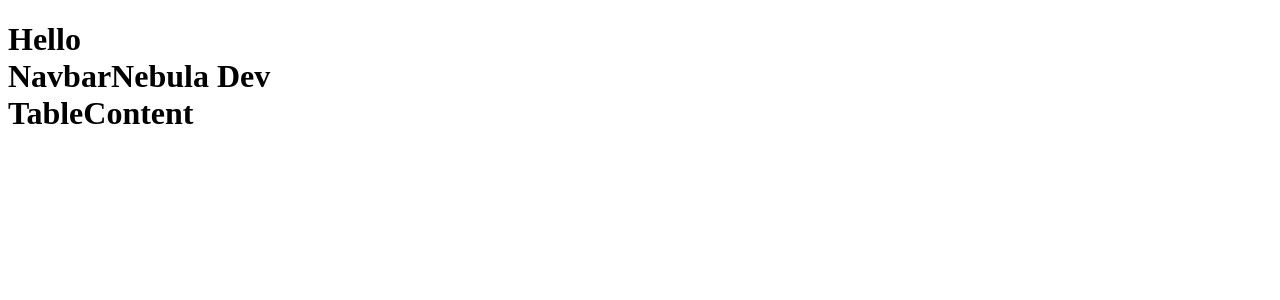
Repository: supakorn5039-boon/React-s
Page: /
The author's editor kept a copy of each file at every save. The page is drawn from the files as they stood at one save, then again after a run of saves.
The browser window is 1280 px wide. The pictures show the whole page.
The project was rebuilt for these pictures with package versions that can differ from the ones it lists, and the page was loaded fresh each time. Also part of the build but not shown: vite.config.js.

Above is the page before, as saved 2024-01-08 23:43:04.

After the next 2 saves:
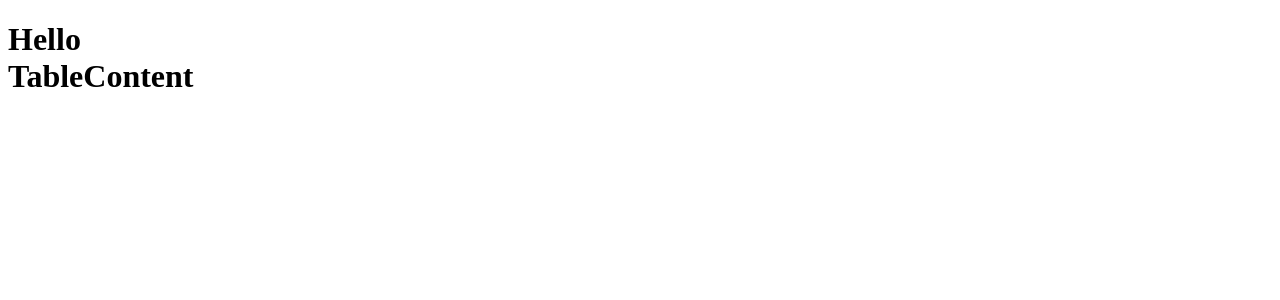
The 2 saves are shown as one change because they came seconds apart.
The last was saved 32 s later.
--- a/src/components/Navbar.jsx
+++ b/src/components/Navbar.jsx
@@ -1,10 +1,11 @@
-export default function Navbar(props) {
+
+
+const Navbar = () => {
   return (
-    <>
-      <div>
-        Navbar
-        {props.text}
-      </div>
-    </>
-  );
+    <div>
+
+    </div>
+  )
 }
+
+export default Navbar
